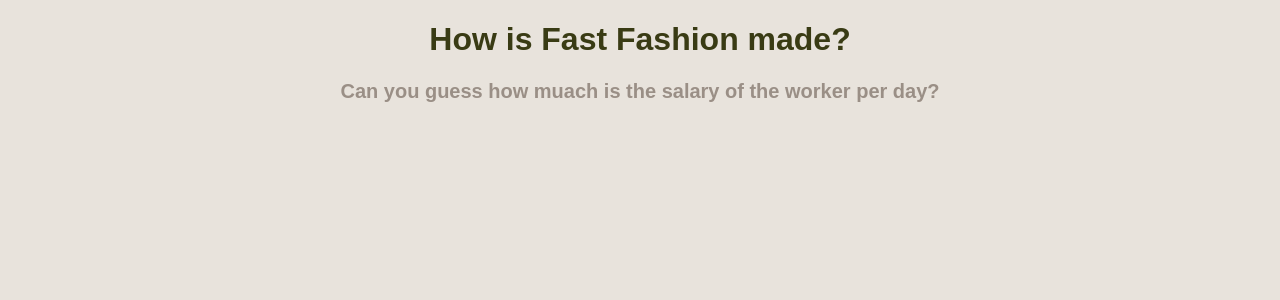
Repository: DevOfHockey/mdia-2190-midterm
Page: fashionlabor.html
These files come from the project's save history. The page is drawn as it stood at one moment and after the next save; the edit follows.
The browser window is 1280 px wide. The pictures show the whole page.

Above is the page before, as saved 2022-03-01 12:48:02.

After the next save:
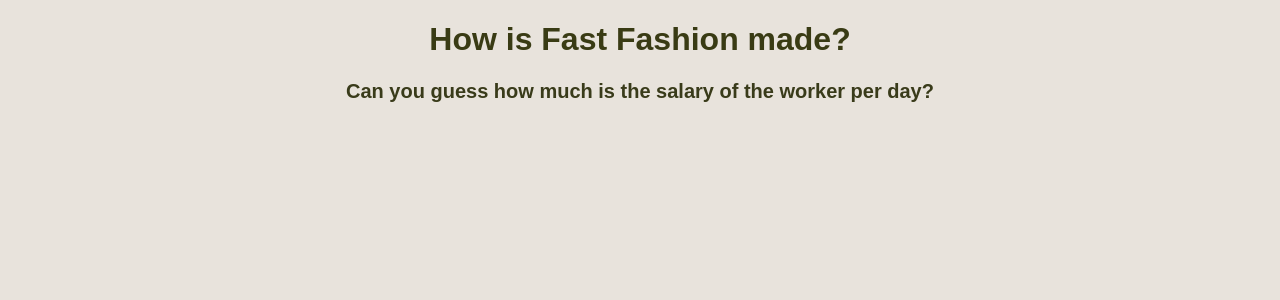
Saved 82 s later.
--- a/comps/infobox.js
+++ b/comps/infobox.js
@@ -4,14 +4,14 @@ var template_info = document.createElement("template"); //<template> </template>
 //To-do - CREATE THE UI HERE!
 template_info.innerHTML = `
 <div class = "info">
-<p> Can you guess how muach is the salary of the worker per day? </p>
+<p> Can you guess how much is the salary of the worker per day? </p>
 </div>
 
 <style>
 p {
     font-size: 20px;
     font-weight: bold;
-    color: #9a8f86;
+    color: #393B1A;
 }
 `;
 
